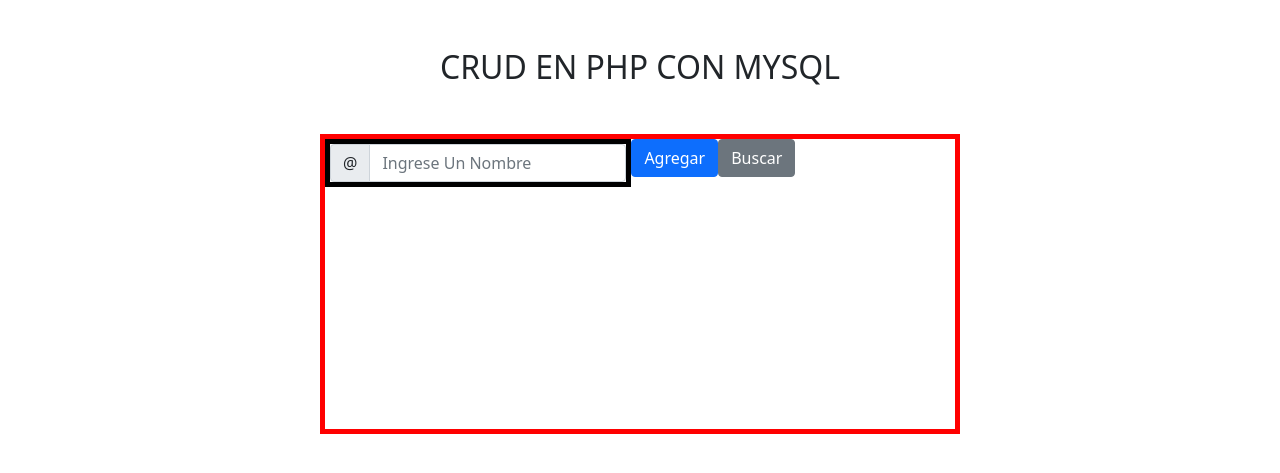
Repository: nder1996/CRUD_SENCILLO
Page: http://localhost/
These files come from the project's save history. The page is drawn as it stood at one moment and after the next save; the edit follows.
The browser window is 1280 px wide. The pictures show the whole page.
The page is run by PHP 8.4 with error messages shown; the project is at /var/www/html/.

Above is the page before, as saved 2021-10-04 20:01:14.

After the next save:
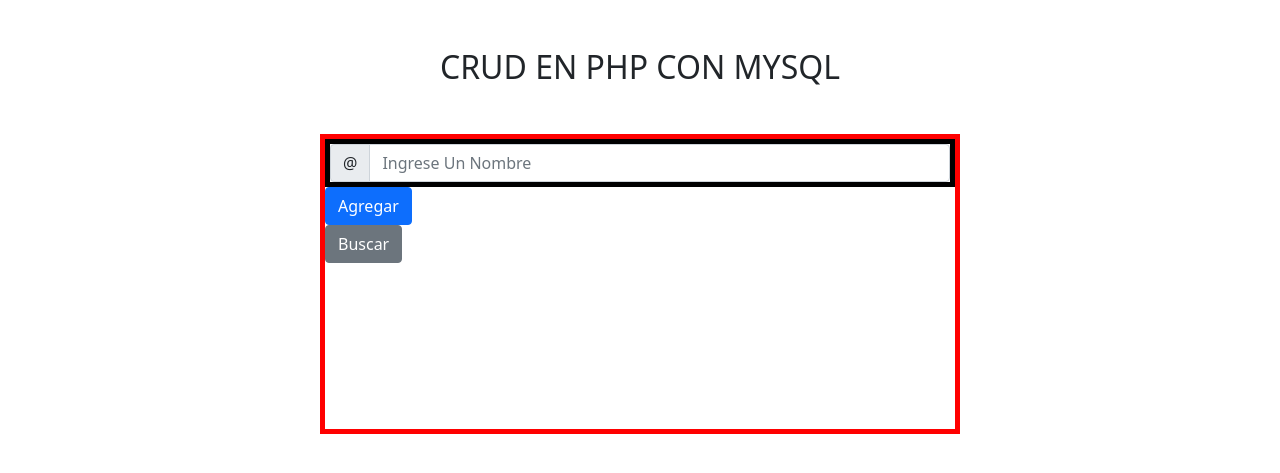
Saved 17 s later.
--- a/CRUD - SILENCIADO/index.php
+++ b/CRUD - SILENCIADO/index.php
@@ -12,7 +12,7 @@
 <body>
     <h2 class="text-center mt-5">CRUD EN PHP CON MYSQL</h2>
     <div class="contenedor mt-5">
-            <div class="d-flex ">
+            <div class="f">
                 <section>
                     <label class="visually-hidden" for="inlineFormInputGroupUsername">Username</label>
                     <div class="input-group">

After the save that followed:
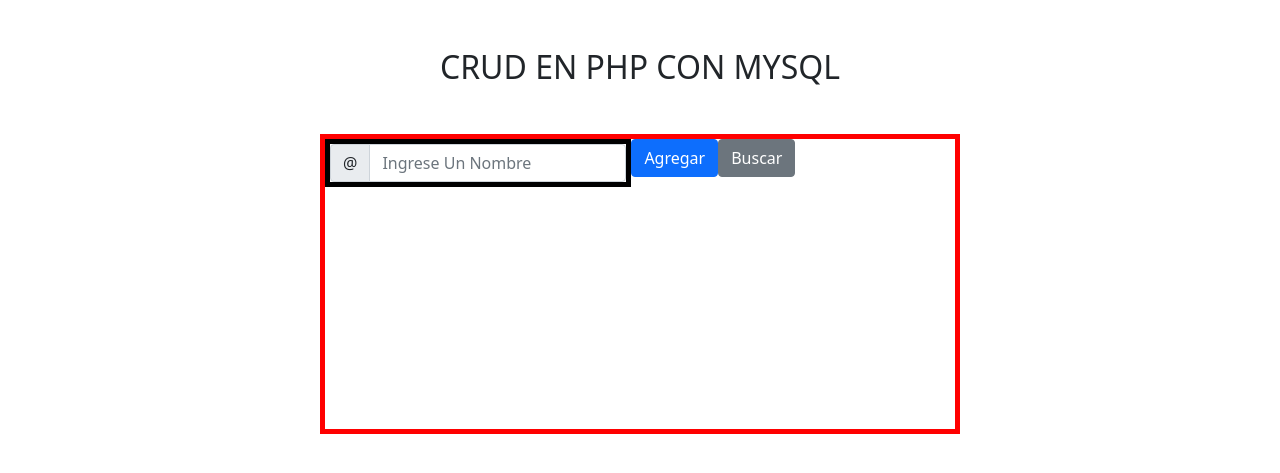
Saved 4 s later.
--- a/CRUD - SILENCIADO/index.php
+++ b/CRUD - SILENCIADO/index.php
@@ -12,7 +12,7 @@
 <body>
     <h2 class="text-center mt-5">CRUD EN PHP CON MYSQL</h2>
     <div class="contenedor mt-5">
-            <div class="f">
+            <div class="d-flex jus">
                 <section>
                     <label class="visually-hidden" for="inlineFormInputGroupUsername">Username</label>
                     <div class="input-group">
